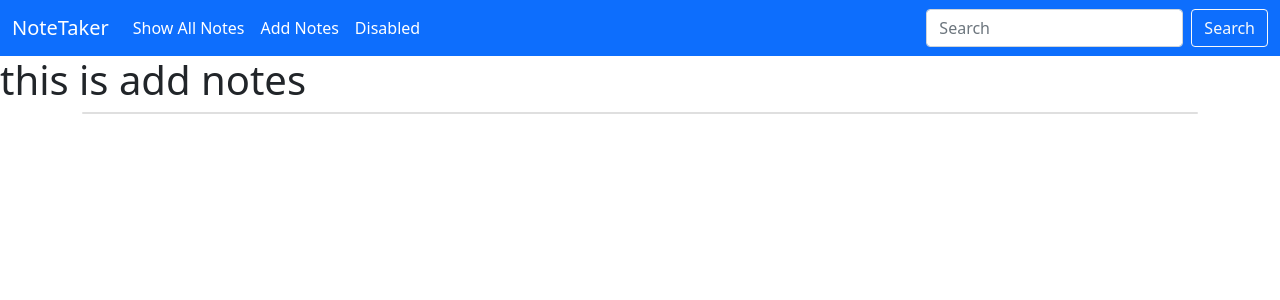
Repository: Shubham-Kumar-cmd/Hibernate
Page: http://localhost/NoteTakerApp/addNotes.jsp
These files come from the project's save history. The page is drawn as it stood at one moment and after the next save; the edit follows.
The browser window is 1280 px wide. The pictures show the whole page.
The page is served by Tomcat 9. Other server files are loaded and not shown.

Above is the page before, as saved 2023-02-07 12:25:49.

### NoteTakerApp/src/main/webapp/addNotes.jsp
<%@ page language="java" contentType="text/html; charset=ISO-8859-1"
    pageEncoding="ISO-8859-1"%>
    <%@include file="header.jsp" %>
<!DOCTYPE html>
<html>
<head>
<meta charset="ISO-8859-1">
<link
	href="https://cdn.jsdelivr.net/npm/bootstrap@5.0.2/dist/css/bootstrap.min.css"
	rel="stylesheet"
	integrity="sha384-EVSTQN3/azprG1Anm3QDgpJLIm9Nao0Yz1ztcQTwFspd3yD65VohhpuuCOmLASjC"
	crossorigin="anonymous">
<title>Add Notes</title>
</head>
<body>
<h1>this is add notes</h1>
<div class="container">
	<div class="card">

	</div>
</div>
</body>
</html>

### NoteTakerApp/src/main/webapp/header.jsp
<%@ page language="java" contentType="text/html; charset=ISO-8859-1"
	pageEncoding="ISO-8859-1"%>
<!DOCTYPE html>
<html>
<head>
<meta charset="ISO-8859-1">
<link
	href="https://cdn.jsdelivr.net/npm/bootstrap@5.0.2/dist/css/bootstrap.min.css"
	rel="stylesheet"
	integrity="sha384-EVSTQN3/azprG1Anm3QDgpJLIm9Nao0Yz1ztcQTwFspd3yD65VohhpuuCOmLASjC"
	crossorigin="anonymous">
<title>Header</title>
</head>
<body>
	<nav class="navbar navbar-expand-lg navbar-primary bg-primary">
		<div class="container-fluid">
			<a class="navbar-brand text-white" href="#">NoteTaker</a>

			<div class="collapse navbar-collapse" id="navbarSupportedContent">
				<ul class="navbar-nav me-auto mb-2 mb-lg-0">
					<li class="nav-item"><a class="nav-link active text-white"
						aria-current="page" href="showAllNotes.jsp">Show All Notes</a></li>
					<li class="nav-item"><a class="nav-link text-white" href="addNotes.jsp">Add Notes</a></li>

					<li class="nav-item"><a class="nav-link text-white" href="#"
						tabindex="-1" aria-disabled="false">Disabled</a></li>
				</ul>
				<form class="d-flex">
					<input class="form-control me-2" type="search" placeholder="Search"
						aria-label="Search">
					<button class="btn btn-outline-light" type="submit">Search</button>
				</form>
			</div>
		</div>
	</nav>
</body>
</html>

After the next save:
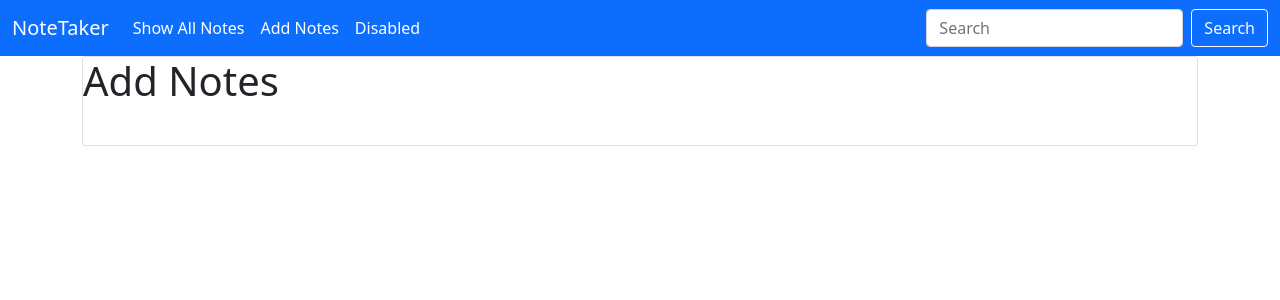
Saved 2 min 14 s later.
--- a/NoteTakerApp/src/main/webapp/addNotes.jsp
+++ b/NoteTakerApp/src/main/webapp/addNotes.jsp
@@ -13,10 +13,15 @@
 <title>Add Notes</title>
 </head>
 <body>
-<h1>this is add notes</h1>
+
 <div class="container">
 	<div class="card">
+		<div class="card-head">
+			<h1>Add Notes</h1>
+		</div>
+		<div class="card-body">
 
+		</div>
 	</div>
 </div>
 </body>
